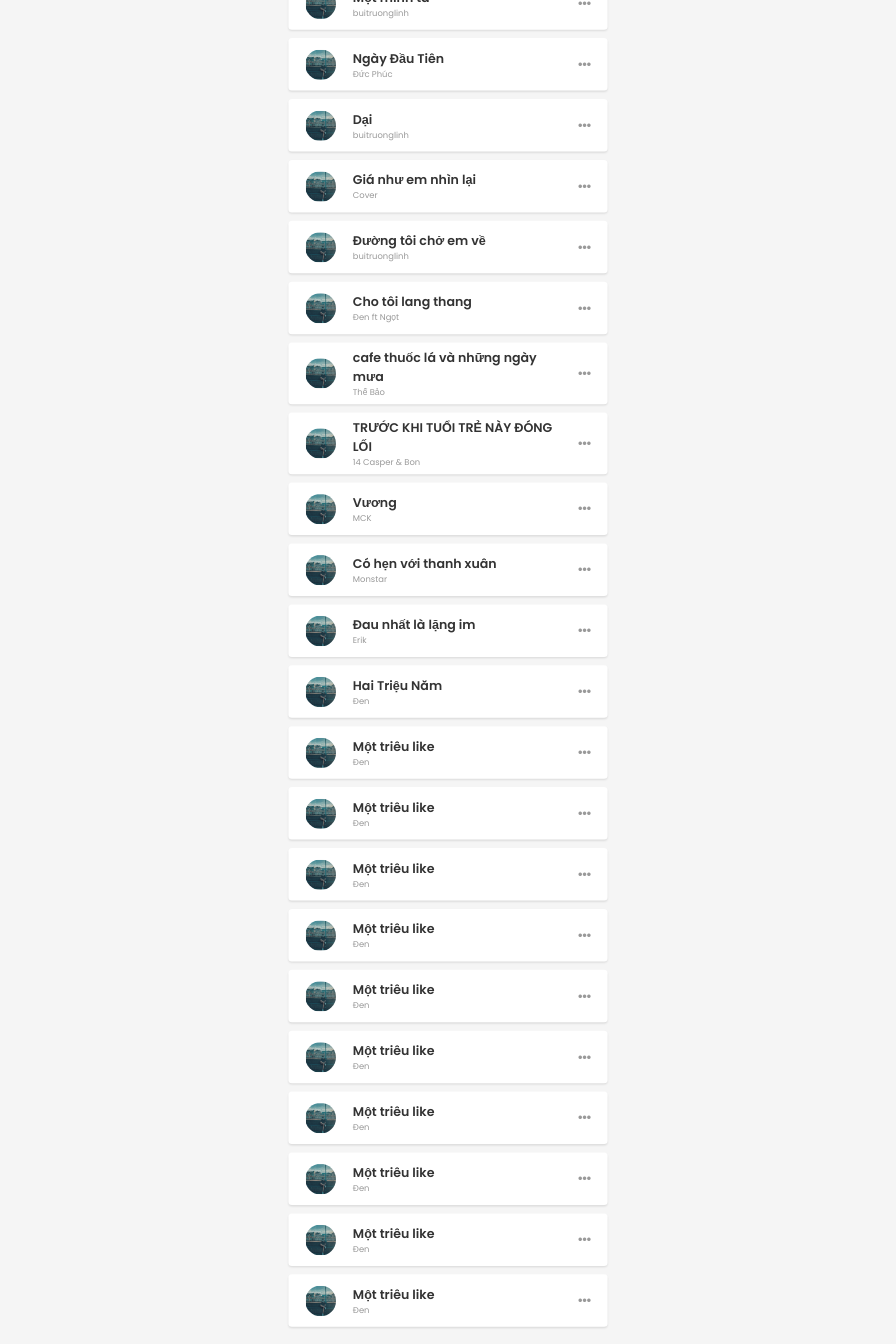
Repository: lt-chinh098406/BIn-Music
Page: index.html
The author's editor kept a copy of each file at every save. The page is drawn from the files as they stood at one save, then again after the next save.
The browser window is 1280 px wide. The pictures show the part of the page from y = 1148 to 3068 px (the page is 3068 px tall), at 70% of full size.

Above is the page before, as saved 2022-03-20 13:49:59.

### index.html
<!DOCTYPE html>
<html lang="en">
  <head>
    <meta charset="UTF-8" />
    <meta http-equiv="X-UA-Compatible" content="IE=edge" />
    <meta name="viewport" content="width=device-width, initial-scale=1.0" />
    <title>Music player</title>
    <link
      rel="stylesheet"
      href="https://cdnjs.cloudflare.com/ajax/libs/font-awesome/5.15.2/css/all.min.css"
      integrity="sha512-HK5fgLBL+xu6dm/Ii3z4xhlSUyZgTT9tuc/hSrtw6uzJOvgRr2a9jyxxT1ely+B+xFAmJKVSTbpM/CuL7qxO8w=="
      crossorigin="anonymous"
    />
    <link rel="preconnect" href="https://fonts.gstatic.com" />
    <link
      href="https://fonts.googleapis.com/css2?family=Poppins:wght@300;400;600&display=swap"
      rel="stylesheet"
    />
    <link rel="stylesheet" href="./assets/main.css" />
  </head>
  <body>
    <body>
      <div class="player">
        <!-- Dashboard -->
        <div class="dashboard">
          <!-- Header -->
          <header>
            <h4>Now playing:</h4>
            <h2>String 57th & 9th</h2>
          </header>

          <!-- CD -->
          <div class="cd">
            <div class="cd-thumb"></div>
          </div>

          <!-- Control -->
          <div class="control">
            <div class="btn btn-repeat">
              <i class="fas fa-redo"></i>
            </div>
            <div class="btn btn-prev">
              <i class="fas fa-step-backward"></i>
            </div>
            <div class="btn btn-toggle-play">
              <i class="fas fa-pause icon-pause"></i>
              <i class="fas fa-play icon-play"></i>
            </div>
            <div class="btn btn-next">
              <i class="fas fa-step-forward"></i>
            </div>
            <div class="btn btn-random">
              <i class="fas fa-random"></i>
            </div>
          </div>

          <input
            id="progress"
            class="progress"
            type="range"
            value="0"
            step="1"
            min="0"
            max="100"
          />

          <audio id="audio" src=""></audio>
        </div>

        <!-- Playlist -->
        <div class="playlist"></div>
      </div>

      <script src="./main.js"></script>
    </body>
  </body>
</html>

### assets/main.css
:root {
  --primary-color: #ec1f55;
  --text-color: #333;
}

* {
  padding: 0;
  margin: 0;
  box-sizing: inherit;
}

body {
  background-color: #f5f5f5;
}

html {
  box-sizing: border-box;
  font-family: "Poppins", sans-serif;
}

.player {
  position: relative;
  max-width: 480px;
  margin: 0 auto;
}

.player .icon-pause {
  display: none;
}

.player.playing .icon-pause {
  display: inline-block;
}

.player.playing .icon-play {
  display: none;
}

.dashboard {
  padding: 16px 16px 14px;
  background-color: #fff;
  position: fixed;
  top: 0;
  width: 100%;
  max-width: 480px;
  border-bottom: 1px solid #ebebeb;
}

/* HEADER */
header {
  text-align: center;
  margin-bottom: 10px;
}

header h4 {
  color: var(--primary-color);
  font-size: 12px;
}

header h2 {
  font-size: 20px;
  background-image: linear-gradient(to right, #f47999, #a5163b);
  color: transparent;
  -webkit-background-clip: text;
}

/* CD */
.cd {
  display: flex;
  margin: auto;
  width: 200px;
}

.cd-thumb {
  width: 100%;
  padding-top: 100%;
  border-radius: 50%;
  background-color: #333;
  background-size: cover;
  margin: auto;
}

/* CONTROL */
.control {
  display: flex;
  align-items: center;
  justify-content: space-around;
  padding: 18px 0 8px 0;
}

.control .btn {
  color: #666;
  padding: 18px;
  font-size: 18px;
  cursor: pointer;
}

.control .btn.active {
  color: var(--primary-color);
}

.control .btn-toggle-play {
  width: 56px;
  height: 56px;
  border-radius: 50%;
  font-size: 24px;
  color: #fff;
  display: flex;
  align-items: center;
  justify-content: center;
  background-color: var(--primary-color);
}

.progress {
  width: 100%;
  -webkit-appearance: none;
  height: 6px;
  background: #d3d3d3;
  outline: none;
  opacity: 0.7;
  -webkit-transition: 0.2s;
  transition: opacity 0.2s;
  cursor: pointer;
}

.progress::-webkit-slider-thumb {
  -webkit-appearance: none;
  appearance: none;
  background-color: var(--primary-color);
  cursor: pointer;
  height: 16px;
  width: 16px;
  border-radius: 100%;
  border: none;
  outline: none;
  z-index: 9;
  position: relative;
}

/* PLAYLIST */
.playlist {
  margin-top: 408px;
  padding: 12px;
}

.song {
  display: flex;
  align-items: center;
  margin-bottom: 12px;
  background-color: #fff;
  padding: 8px 16px;
  border-radius: 5px;
  box-shadow: 0 2px 3px rgba(0, 0, 0, 0.1);
  cursor: pointer;
}

.song.active {
  background-color: var(--primary-color);
}

.song:active {
  opacity: 0.8;
}

.song.active .option,
.song.active .author,
.song.active .title {
  color: #fff;
}

.song .thumb {
  width: 44px;
  height: 44px;
  border-radius: 50%;
  background-size: cover;
  margin: 0 8px;
}

.song .body {
  flex: 1;
  padding: 0 16px;
}

.song .title {
  font-size: 18px;
  color: var(--text-color);
}

.song .author {
  font-size: 12px;
  color: #999;
}

.song .option {
  padding: 16px 8px;
  color: #999;
  font-size: 18px;
}

### main.js
const $ = document.querySelector.bind(document);
const $$ = document.querySelectorAll.bind(document);

const player = $(".player");
const heading = $("header h2");
const cdThumb = $(".cd-thumb");
const audio = $("#audio");
const cd = $(".cd");
const playBtn = $(".btn-toggle-play");
const progress = $("#progress");
const nextBtn = $(".btn-next");
const prevBtn = $(".btn-prev");
const randomBtn = $(".btn-random");
const repeatBtn = $(".btn-repeat");
const playlist = $(".playlist");

const app = {
  currentIndex: 0,
  isPlaying: false,

  songs: [
    {
      name: "Yêu em qua từng dòng tin nhắn",
      singer: "Nger ft. nân",
      path: "./assets/music/Yêu em qua dòng tin nhắn(iêu iem qua dòng tin nhắn) - Ngơ ft. Nân [Lyrics Video].mp3",
      image: "./assets/img/1.jpg",
    },
    {
      name: "ÔNG TRỜI LÀM TỘI ANH CHƯA",
      singer: "MINH HANH x RASTZ x QNT ft. TUẤN CRY",
      path: "./assets/music/ÔNG TRỜI LÀM TỘI ANH CHƯA - MINH HANH x RASTZ x QNT ft. TUẤN CRY.mp3",
      image: "./assets/img/3.jpg",
    },
    {
      name: "'bao tiền một mớ bình yên?'",
      singer: "14 Casper & Bon",
      path: "./assets/music/'bao tiền một mớ bình yên-' - 14 Casper & Bon (Official).mp3",
      image: "./assets/img/5.jpg",
    },
    {
      name: "Chìm Sâu",
      singer: "MCK ft Trung Trần",
      path: "./assets/music/Chìm Sâu - RPT MCK (feat. Trung Trần) - Official Lyrics Video.mp3",
      image: "./assets/img/5.jpg",
    },
    {
      name: "Dịu Dàng Em Đến",
      singer: "Erik",
      path: "./assets/music/Dịu Dàng Em Đến - ERIK x Ryan「Lo - Fi Version by 1 9 6 7」- Official Music Video.mp3",
      image: "./assets/img/5.jpg",
    },
    {
      name: "Dù Cho Mai Về Sau",
      singer: "buitruonglinh",
      path: "./assets/music/Dù Cho Mai Về Sau (Acoustic Version) - buitruonglinh.mp3",
      image: "./assets/img/5.jpg",
    },
    {
      name: "Không Tên",
      singer: "MCK",
      path: "./assets/music/Không Tên -- MCK a.k.a Nger -- Official Lyrics Video.mp3",
      image: "./assets/img/5.jpg",
    },
    {
      name: "Mình Anh Nơi Này",
      singer: "Rum, Nit",
      path: "./assets/music/Mình Anh Nơi Này (Lofi Ver.) - Nit x Sing x Freak D.mp3",
      image: "./assets/img/5.jpg",
    },
    {
      name: "Một mình ta",
      singer: "buitruonglinh",
      path: "./assets/music/Một Mình Ta - buitruonglinh - Lyrics Video -.mp3",
      image: "./assets/img/5.jpg",
    },
    {
      name: "Ngày Đầu Tiên",
      singer: "Đức Phúc",
      path: "./assets/music/Ngày Đầu Tiên (Lofi Ver.) - Đức Phúc x Freak D.mp3",
      image: "./assets/img/5.jpg",
    },
    {
      name: "Dại",
      singer: "buitruonglinh",
      path: "./assets/music/Dại- buitruonglinh ft Tuyên (Lyrics).mp3",
      image: "./assets/img/5.jpg",
    },
    {
      name: "Giá như em nhìn lại",
      singer: "Cover",
      path: "./assets/music/GIÁ NHƯ EM NHÌN LẠI - JSOL x VIRUSS - Cover- Chương Chu.mp3",
      image: "./assets/img/5.jpg",
    },
    {
      name: "Đường tôi chở em về",
      singer: "buitruonglinh",
      path: "./assets/music/LIVE OUTDOOR - buitruonglinh live - Đường Tôi Chở Em Về - #4.mp3",
      image: "./assets/img/5.jpg",
    },
    {
      name: "Cho tôi lang thang",
      singer: "Đen ft Ngọt",
      path: "./assets/music/Ngọt vc. Đen - Cho Tôi Lang Thang.mp3",
      image: "./assets/img/5.jpg",
    },
    {
      name: "cafe thuốc lá và những ngày mưa",
      singer: "Thế Bảo",
      path: "./assets/music/Thế Bảo - Cafe, Thuốc Lá & Những Ngày Vui (Official Lyric Video).mp3",
      image: "./assets/img/5.jpg",
    },
    {
      name: "TRƯỚC KHI TUỔI TRẺ NÀY ĐÓNG LỐI",
      singer: "14 Casper & Bon",
      path: "./assets/music/TRƯỚC KHI TUỔI TRẺ NÀY ĐÓNG LỐI - Ngắn x Xám x Dick - -Đà Lạt- Ep3 ( Directed by Nguyễn Nhật Trung ).mp3",
      image: "./assets/img/5.jpg",
    },
    {
      name: "Vương",
      singer: "MCK",
      path: "./assets/music/Và nếu nắng gió có cuốn em đi, như là lời hứa... - Vương - MCK a.k.a Nger「 Lyric video 」.mp3",
      image: "./assets/img/5.jpg",
    },
    {
      name: "Có hẹn với thanh xuân",
      singer: "Monstar",
      path: "./assets/music/Có Hẹn Với Thanh Xuân - Monstar x Ryan「Lo - Fi Ver. by 1 9 6 7」- Audio Lyrics.mp3",
      image: "./assets/img/5.jpg",
    },
    {
      name: "Đau nhất là lặng im",
      singer: "Erik",
      path: "./assets/music/Đau Nhất Là Lặng Im - Erik x Zeaplee「Lofi Version by 1 9 6 7」- Audio Lyrics Video.mp3",
      image: "./assets/img/5.jpg",
    },
    {
      name: "Hai Triệu Năm",
      singer: "Đen",
      path: "./assets/music/Đen - hai triệu năm ft. Biên (m-v).mp3",
      image: "./assets/img/5.jpg",
    },
    {
      name: "Một triêu like",
      singer: "Đen",
      path: "./assets/music/Đen - một triệu like ft. Thành Đồng (M-V).mp3",
      image: "./assets/img/5.jpg",
    },
    {
      name: "Một triêu like",
      singer: "Đen",
      path: "./assets/music/Đen - một triệu like ft. Thành Đồng (M-V).mp3",
      image: "./assets/img/5.jpg",
    },
    {
      name: "Một triêu like",
      singer: "Đen",
      path: "./assets/music/Đen - một triệu like ft. Thành Đồng (M-V).mp3",
      image: "./assets/img/5.jpg",
    },
    {
      name: "Một triêu like",
      singer: "Đen",
      path: "./assets/music/Đen - một triệu like ft. Thành Đồng (M-V).mp3",
      image: "./assets/img/5.jpg",
    },
    {
      name: "Một triêu like",
      singer: "Đen",
      path: "./assets/music/Đen - một triệu like ft. Thành Đồng (M-V).mp3",
      image: "./assets/img/5.jpg",
    },
    {
      name: "Một triêu like",
      singer: "Đen",
      path: "./assets/music/Đen - một triệu like ft. Thành Đồng (M-V).mp3",
      image: "./assets/img/5.jpg",
    },
    {
      name: "Một triêu like",
      singer: "Đen",
      path: "./assets/music/Đen - một triệu like ft. Thành Đồng (M-V).mp3",
      image: "./assets/img/5.jpg",
    },
    {
      name: "Một triêu like",
      singer: "Đen",
      path: "./assets/music/Đen - một triệu like ft. Thành Đồng (M-V).mp3",
      image: "./assets/img/5.jpg",
    },
    {
      name: "Một triêu like",
      singer: "Đen",
      path: "./assets/music/Đen - một triệu like ft. Thành Đồng (M-V).mp3",
      image: "./assets/img/5.jpg",
    },
    {
      name: "Một triêu like",
      singer: "Đen",
      path: "./assets/music/Đen - một triệu like ft. Thành Đồng (M-V).mp3",
      image: "./assets/img/5.jpg",
    },
  ],

  render: function () {
    const htmls = this.songs.map((song, index) => {
      return `
        <div class="song ${
          index === this.currentIndex ? "active" : ""
        }" data-index="${index}">
          <div class="thumb" style="background-image: url('${song.image}')">
          </div>
          <div class="body">
            <h3 class="title">${song.name}</h3>
            <p class="author">${song.singer}</p>
          </div>
          <div class="option">
            <i class="fas fa-ellipsis-h"></i>
          </div>
        </div>
      `;
    });
    playlist.innerHTML = htmls.join("");
  },

  defineProperties: function () {
    Object.defineProperty(this, "currentSong", {
      get: function () {
        return this.songs[this.currentIndex];
      },
    });
  },

  handleEvents: function () {
    const _this = this;
    const cdWidth = cd.offsetWidth;

    // Xử lý CD rotate
    const cdThumbAnimate = cdThumb.animate([{ transform: "rotate(360deg)" }], {
      duration: 30000, // 10s
      iterations: Infinity,
    });
    cdThumbAnimate.pause();

    // Xử lý scroll cd
    document.onscroll = function () {
      const scrollTop = window.scrollY || document.documentElement.scrollTop;

      const newCdWidth = cdWidth - scrollTop;

      cd.style.width = newCdWidth > 0 ? newCdWidth + "px" : 0; // fix bug
      cd.style.opacity = newCdWidth / cdWidth; // opacity when scroll
    };

    // Xử lý play
    playBtn.onclick = function () {
      if (_this.isPlaying) {
        audio.pause();
      } else {
        audio.play();
      }
    };

    // Khi song được play
    audio.onplay = function () {
      _this.isPlaying = true;
      player.classList.add("playing");
      cdThumbAnimate.play();
    };

    // Khi song bị pause
    audio.onpause = function () {
      _this.isPlaying = false;
      player.classList.remove("playing");
      cdThumbAnimate.pause();
    };

    // khi tiến độ bài hát thay đổi
    audio.ontimeupdate = function () {
      if (audio.duration) {
        const progressPercent = Math.floor(
          (audio.currentTime / audio.duration) * 100
        );
        progress.value = progressPercent;
      }
    };

    //seek
    progress.oninput = function (e) {
      const seekTime = (audio.duration / 100) * e.target.value;
      audio.currentTime = seekTime;
    };

    // Khi next/prev song
    nextBtn.onclick = function () {
      if (randomBtn.classList.contains("active")) {
        _this.playRandomSong();
      } else {
        _this.nextSong();
      }
      // cdThumb.style.transform = 'rotate(0)'
      audio.play();
      _this.activeSong();
      _this.scrollToActiveSong();
    };
    prevBtn.onclick = function () {
      if (randomBtn.classList.contains("active")) {
        _this.playRandomSong();
      } else {
        _this.nextSong();
      }
      // cdThumb.style.transform = 'rotate(0)'
      audio.play();
      _this.activeSong();
      _this.scrollToActiveSong();
    };

    // Random song
    randomBtn.onclick = function () {
      randomBtn.classList.toggle("active");
      repeatBtn.classList.remove("active");
    };

    // Repeat song
    repeatBtn.onclick = function () {
      repeatBtn.classList.toggle("active");
      randomBtn.classList.remove("active");
    };

    // Xử lý nextsong khi audio ended
    audio.onended = function () {
      if (repeatBtn.classList.contains("active")) {
        audio.play();
      } else {
        nextBtn.click();
      }
    };

    // Lắng nghe click vào playlist
    playlist.onclick = function (e) {
      const songNode = e.target.closest(".song:not(.active)");
      // if (songNode || e.target.closest('option')) {
      if (songNode && !e.target.closest("option")) {
        const newIndex = songNode.getAttribute("data-index");
        _this.currentIndex = newIndex;
        _this.loadCurrentSong();
        _this.activeSong();
        audio.play();
      }
      // }
    };
  },

  loadCurrentSong: function () {
    heading.textContent = this.currentSong.name;
    cdThumb.style.backgroundImage = `url('${this.currentSong.image}')`;
    audio.src = this.currentSong.path;
  },

  nextSong: function () {
    this.currentIndex++;
    if (this.currentIndex >= this.songs.length) {
      this.currentIndex = 0;
    }
    this.loadCurrentSong();
  },

  prevSong: function () {
    if (this.currentIndex != 0) {
      this.currentIndex--;
    } else {
      this.currentIndex = this.songs.length - 1;
    }
    this.loadCurrentSong();
  },

  playRandomSong: function () {
    let newIndex;
    do {
      newIndex = Math.floor(Math.random() * this.songs.length);
    } while (newIndex === this.currentIndex);

    this.currentIndex = newIndex;
    this.loadCurrentSong();
  },

  activeSong: function () {
    var loopSongs = $$(".song");
    for (song of loopSongs) {
      song.classList.remove("active");
    }
    const activeSong = loopSongs[this.currentIndex];
    activeSong.classList.add("active");
  },

  scrollToActiveSong: function () {
    setTimeout(() => {
      if (this.currentIndex < 3) {
        $(".song.active").scrollIntoView({
          behavior: "smooth",
          block: "end",
        });
      } else {
        $(".song.active").scrollIntoView({
          behavior: "smooth",
          block: "nearest",
        });
      }
    }, 300);
  },

  start: function () {
    // Định nghĩa các thuộc tính cho Object
    this.defineProperties();

    // Lắng nghe / xử lý các event
    this.handleEvents();

    // tải thông tin bài hát đầu tiên vào UI khi chạy ứng dụng
    this.loadCurrentSong();

    // render playlist
    this.render();
  },
};

app.start();

After the next save:
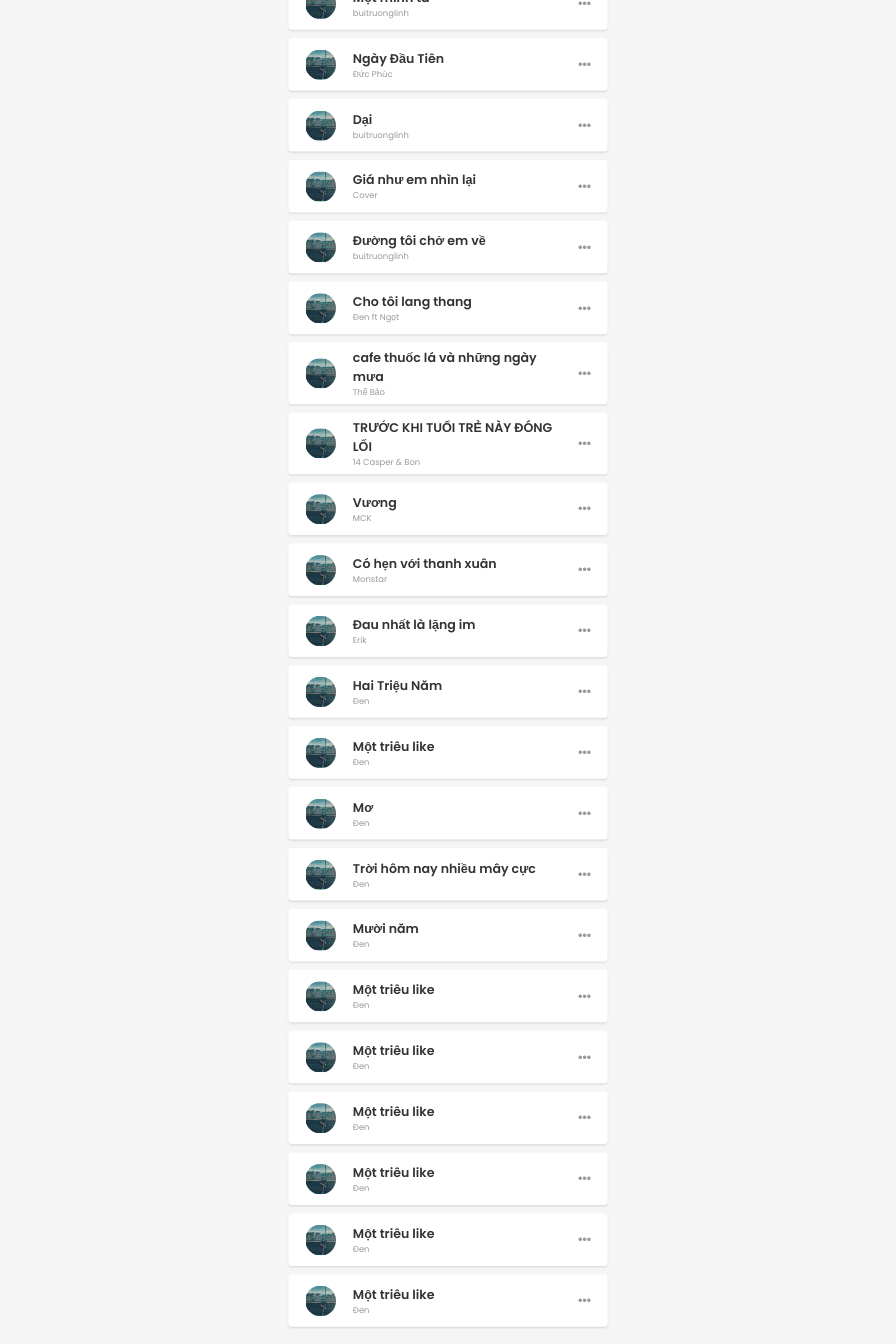
Saved 69 s later.
--- a/main.js
+++ b/main.js
@@ -146,21 +146,21 @@ const app = {
       image: "./assets/img/5.jpg",
     },
     {
-      name: "Một triêu like",
-      singer: "Đen",
-      path: "./assets/music/Đen - một triệu like ft. Thành Đồng (M-V).mp3",
-      image: "./assets/img/5.jpg",
-    },
-    {
-      name: "Một triêu like",
-      singer: "Đen",
-      path: "./assets/music/Đen - một triệu like ft. Thành Đồng (M-V).mp3",
-      image: "./assets/img/5.jpg",
-    },
-    {
-      name: "Một triêu like",
-      singer: "Đen",
-      path: "./assets/music/Đen - một triệu like ft. Thành Đồng (M-V).mp3",
+      name: "Mơ",
+      singer: "Đen",
+      path: "./assets/music/Đen - Mơ ft. Hậu Vi (Prod. River Beats) [M-V].mp3",
+      image: "./assets/img/5.jpg",
+    },
+    {
+      name: "Trời hôm nay nhiều mây cực",
+      singer: "Đen",
+      path: "./assets/music/Đen - Trời hôm nay nhiều mây cực! (M-V).mp3",
+      image: "./assets/img/5.jpg",
+    },
+    {
+      name: "Mười năm",
+      singer: "Đen",
+      path: "./assets/music/Đen - Mười Năm ft. Ngọc Linh (M-V) (Lộn Xộn 3).mp3",
       image: "./assets/img/5.jpg",
     },
     {
